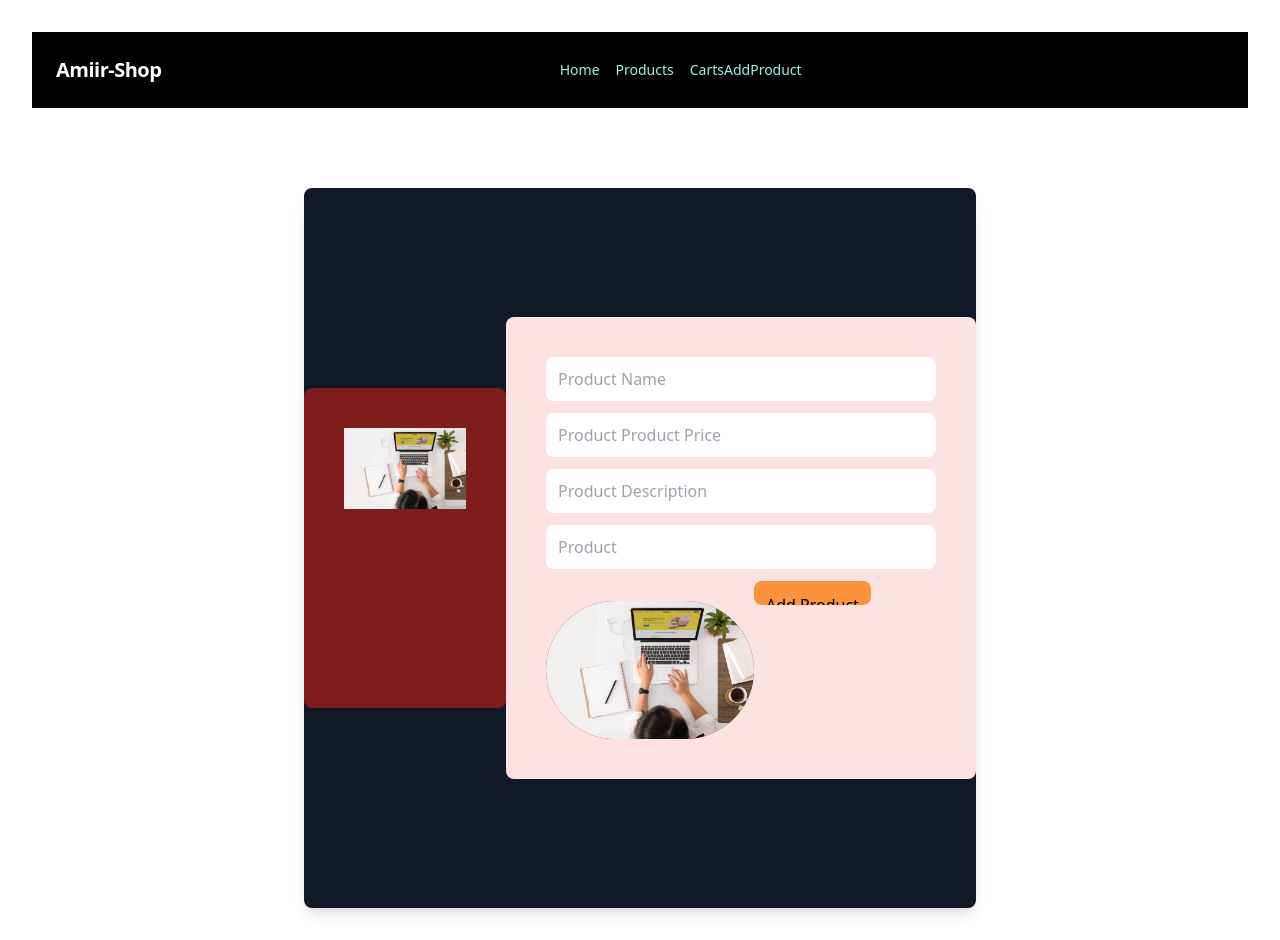
Repository: ENG-AMIIR-MUSE/ECommerce-app-using-react
Page: /addProducts
An editor plug-in stored every save of this project. The page is shown before and after the next save, followed by the edit.
The browser window is 1280 px wide. The pictures show the whole page.
The page's requests for data from a server got no answer. The project was rebuilt for these pictures with package versions that can differ from the ones it lists, and the page was loaded fresh each time. No one was signed in, and anything a server would have sent is missing. Also part of the build but not shown: vite.config.js, src/Components/productList.js, src/Components/productCard.js.

Above is the page before, as saved 2023-06-24 19:51:18.

After the next save:
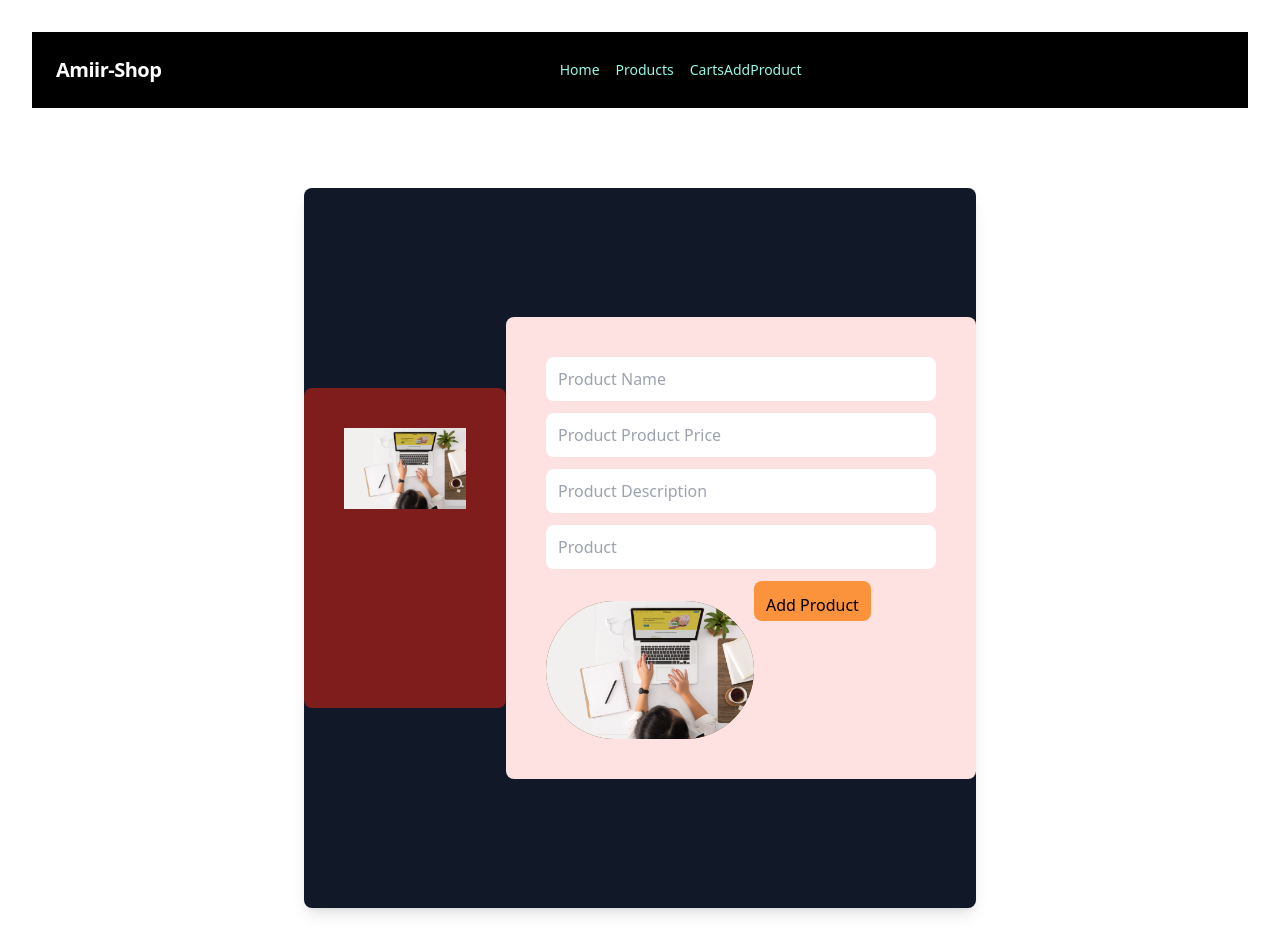
Saved 4 s later.
--- a/src/Components/AddProduct.jsx
+++ b/src/Components/AddProduct.jsx
@@ -17,7 +17,7 @@ const  AddProduct = ()=>{
            <input type="text" placeholder="Product"className="w-full rounded-lg h-11 pl-3 "/>
            <div className="flex felx-row">
              <img src={reactsvg} alt="" className="rounded-full w-52 mt-5  max-w-md  object-contain bg-yellow-900" />
-             <input type="submit" className = "rounded-lg bg-orange-400 p-3 h-5"value="Add Product"/>
+             <input type="submit" className = "rounded-lg bg-orange-400 p-3 h-10"value="Add Product"/>
            </div>
           </form>
           </div>
